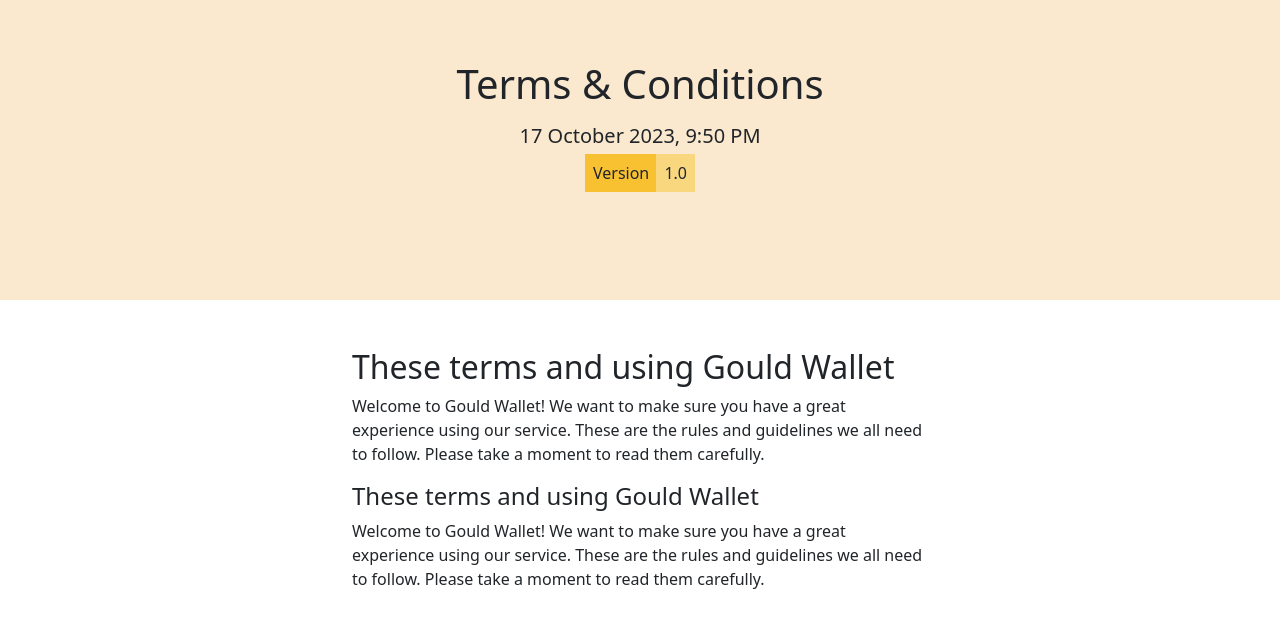
Repository: injectGroup/github.io
Page: terms.html
These files come from the project's save history. The page is drawn as it stood at one moment and after the next save; the edit follows.
The browser window is 1280 px wide. The pictures show the whole page.

Above is the page before, as saved 2023-11-30 08:22:13.

After the next save:
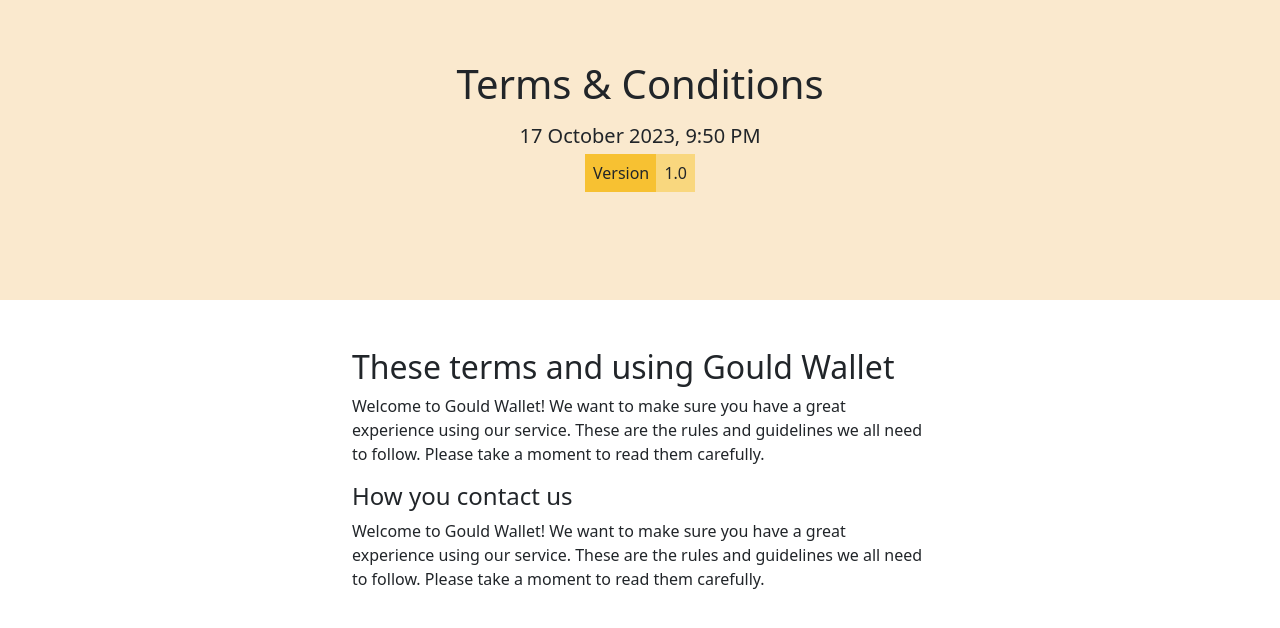
Saved 32 s later.
--- a/terms.html
+++ b/terms.html
@@ -52,7 +52,7 @@
         <dt class="">
 
             <h4>
-                These terms and using Gould Wallet
+                How you contact us
             </h4>
         </dt>
         <dd class="col text-left">
